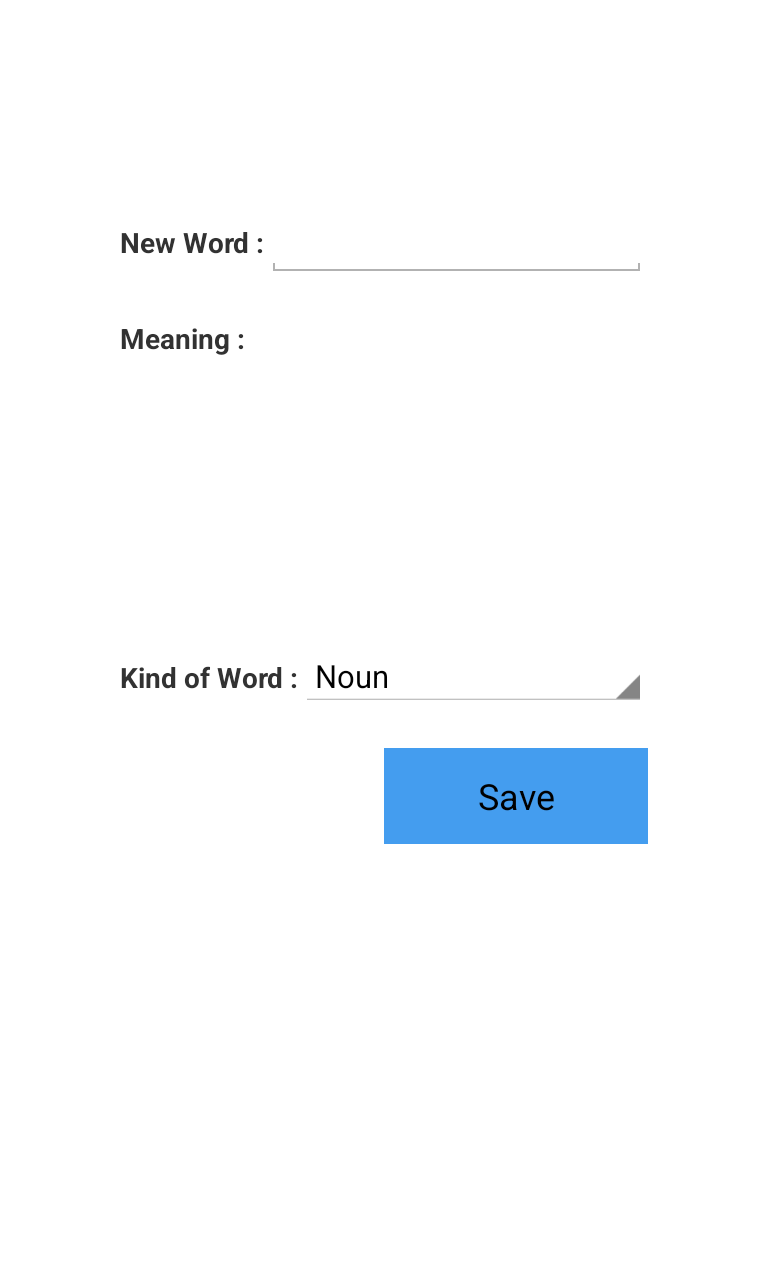
Repository: karno123/AndroidWordReminder
Layout: WordRemainder/res/layout/add_word_layout.xml
The author's editor kept a copy of each file at every save. The layout is drawn from the files as they stood at one save, then again after the next save.
It is drawn on a 768 x 1280 px phone screen (xhdpi) without system bars, with theme AppTheme; the app's code is not run.

Above is the layout before, as saved 2014-07-06 08:13:39.

After the next save:
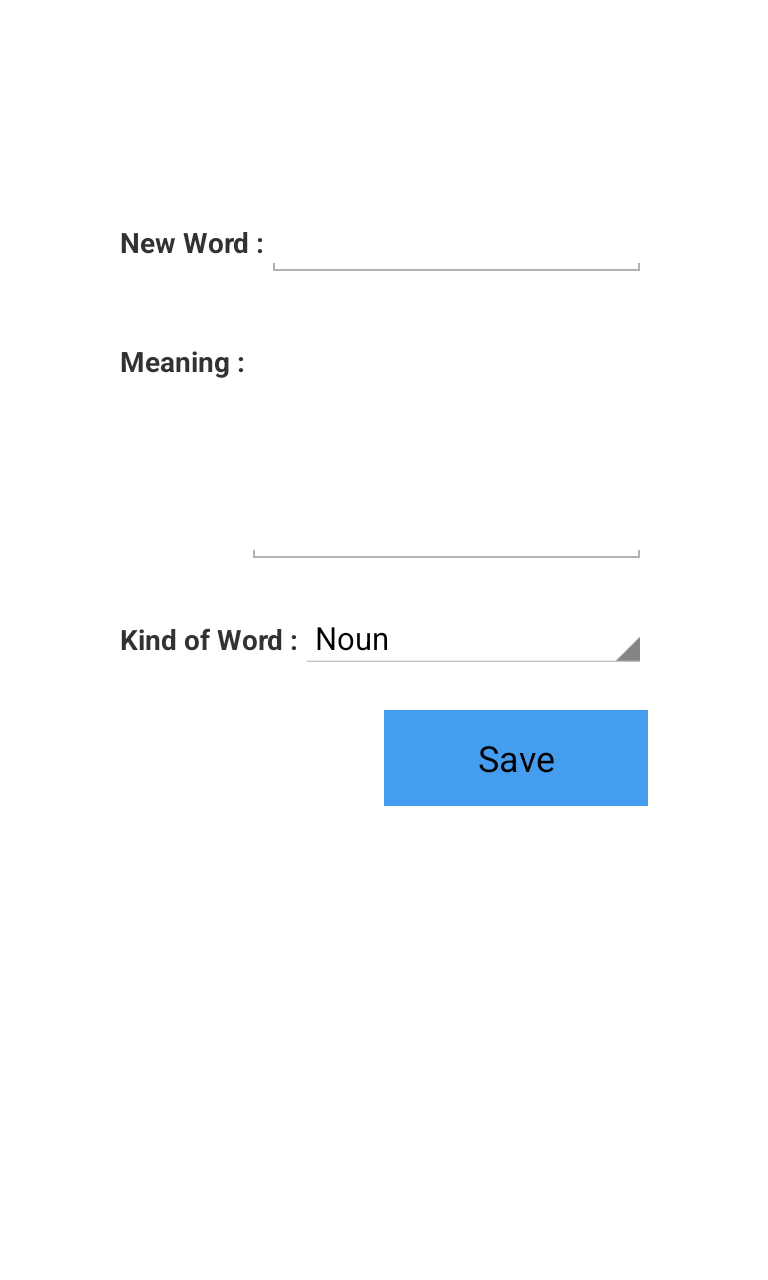
Saved 4 s later.
--- a/WordRemainder/res/layout/add_word_layout.xml
+++ b/WordRemainder/res/layout/add_word_layout.xml
@@ -33,7 +33,7 @@
     <LinearLayout
             android:layout_width="fill_parent"
 	        android:layout_height="wrap_content"
-	        android:orientation="vertical"
+	        android:orientation="horizontal"
 	        android:paddingTop="20dp">
         <TextView
 	        android:id="@+id/text_meaning_word"

After the 3 saves that followed:
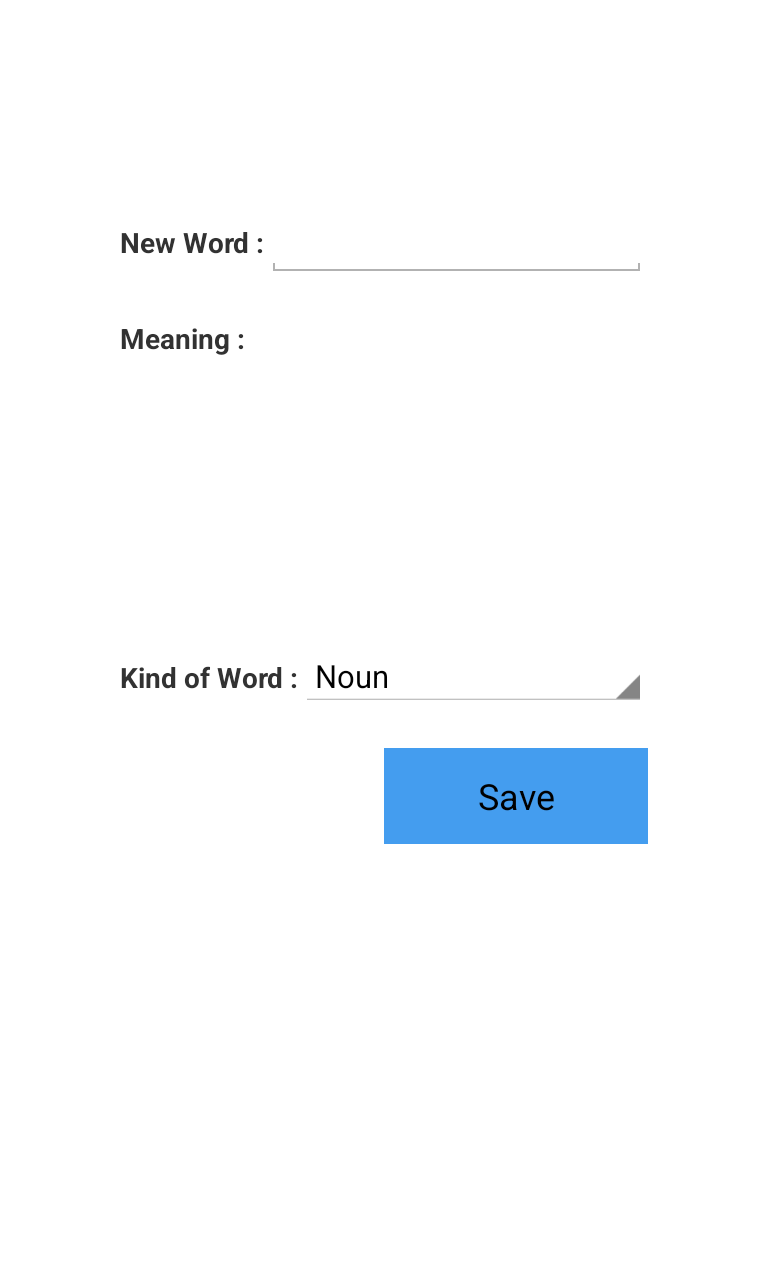
The 3 saves are shown as one change because they came seconds apart.
The last was saved 11 s later.
--- a/WordRemainder/res/layout/add_word_layout.xml
+++ b/WordRemainder/res/layout/add_word_layout.xml
@@ -33,11 +33,11 @@
     <LinearLayout
             android:layout_width="fill_parent"
 	        android:layout_height="wrap_content"
-	        android:orientation="horizontal"
+	        android:orientation="vertical"
 	        android:paddingTop="20dp">
         <TextView
 	        android:id="@+id/text_meaning_word"
-	        android:layout_width="wrap_content"
+	        android:layout_width="fill_parent"
 	        android:layout_height="wrap_content"
 	        android:textStyle="bold"
 	        android:text="@string/meaning_word"
